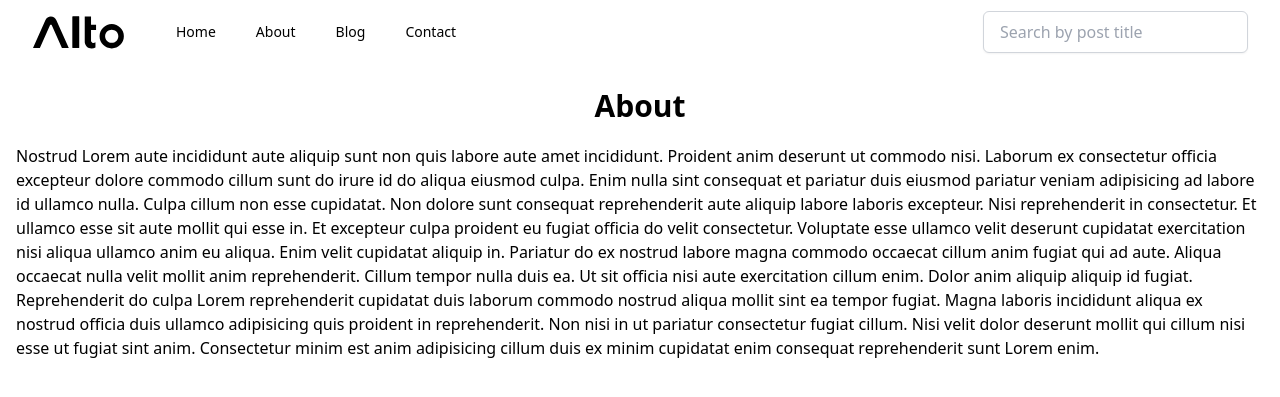
Repository: marianozamora/react-vitest
Page: /blog
These files come from the project's save history. The page is drawn as it stood at one moment and after the next save; the edit follows.
The browser window is 1280 px wide. The pictures show the whole page.
The project was rebuilt for these pictures with package versions that can differ from the ones it lists, and the page was loaded fresh each time. Also part of the build but not shown: vite.config.ts, src/components/03-components/ImageHero.tsx, src/components/05-pages/Home.tsx, src/components/05-pages/About.tsx, src/components/05-pages/Contact.tsx, src/components/04-layouts/PostList.tsx, src/components/05-pages/Posts.tsx, src/components/03-components/AddPost.tsx and 4 more.

Above is the page before, as saved 2023-05-07 05:35:04.

After the next save:
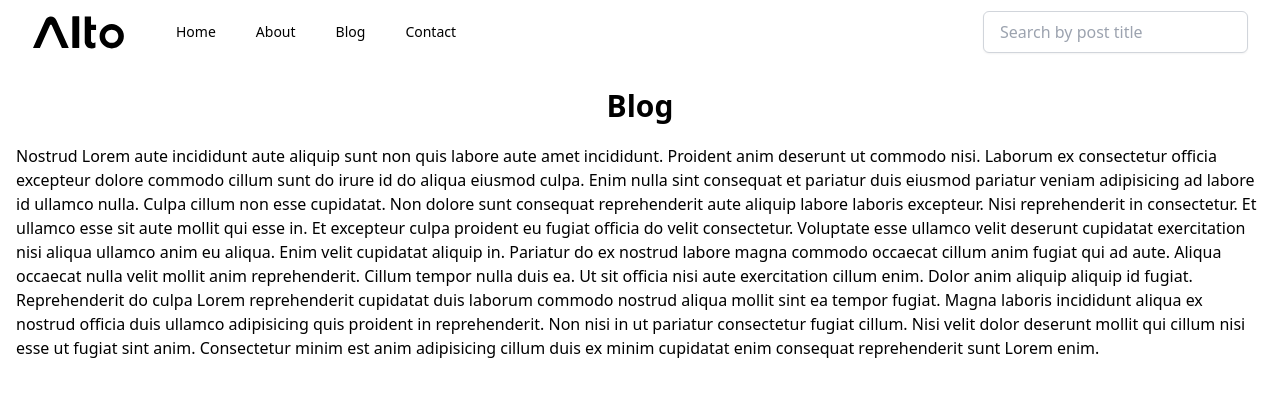
Saved 6 s later.
--- a/src/components/05-pages/Blog.tsx
+++ b/src/components/05-pages/Blog.tsx
@@ -11,13 +11,13 @@ const lorem = new LoremIpsum({
   }
 });
 
-const About = () => {
+const Blog = () => {
   return (
     <>
-      <h1 className="font-bold text-3xl text-center mb-5">About</h1>
+      <h1 className="font-bold text-3xl text-center mb-5">Blog</h1>
       <p>{ lorem.generateParagraphs(4) }</p>
     </>
   )
 }
 
-export default About
+export default Blog
